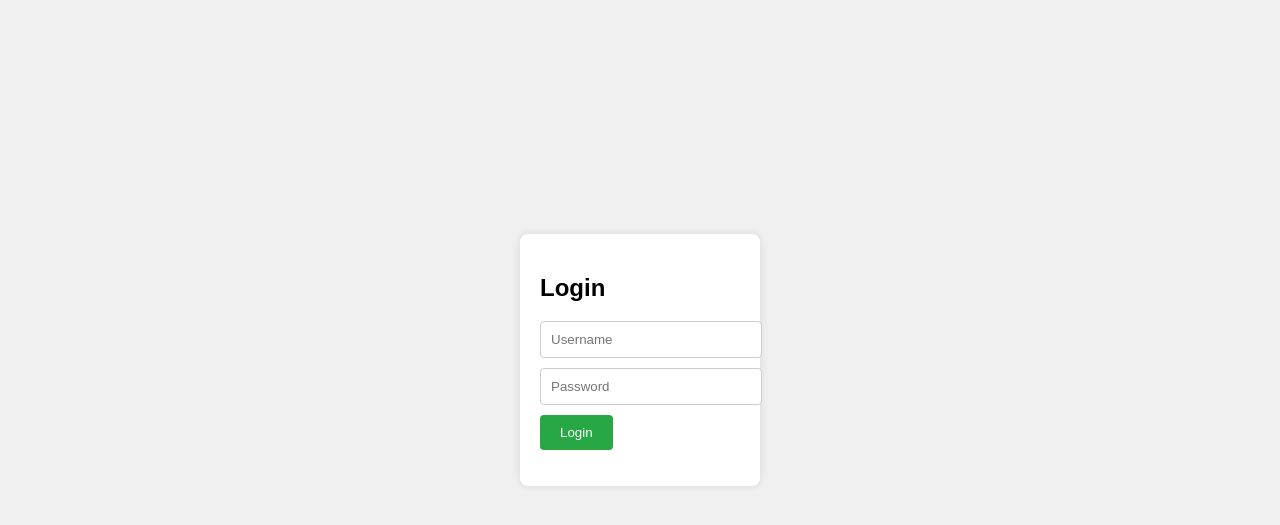
Repository: Anadi-Chauhan/Mentorship-binarybuddy
Page: login.html
The author's editor kept a copy of each file at every save. The page is drawn from the files as they stood at one save, then again after the next save.
The browser window is 1280 px wide. The pictures show the whole page.

Above is the page before, as saved 2024-10-19 10:11:40.

### login.html
<!DOCTYPE html>
<html lang="en">
<head>
    <meta charset="UTF-8">
    <meta name="viewport" content="width=device-width, initial-scale=1.0">
    <title>Login Example</title>
    <link rel="stylesheet" href="login.css">
</head>
<body>
    <div class="container">
        <div id="login-form">
            <h2>Login</h2>
            <input type="text" id="username" placeholder="Username" required>
            <input type="password" id="password" placeholder="Password" required>
            <button onclick="login()">Login</button>
            <p id="login-error"></p>
        </div>

        <div id="welcome-section" style="display: none;">
            <h2>Welcome, <span id="user-name"></span>!</h2>
            <button onclick="logout()">Logout</button>
        </div>
    </div>

    <script src="login.js"></script>
</body>
</html>

### login.css
body {
    font-family: Arial, sans-serif;
    display: flex;
    justify-content: center;
    align-items: center;
    height: 100vh;
    background-color: #f0f0f0;
    margin: 0;
}

.container {
    background-color: white;
    width: 200px;
    padding: 20px;
    border-radius: 8px;
    box-shadow: 0 0 10px rgba(0, 0, 0, 0.1);
}

input {
    display: block;
    margin: 10px 0;
    padding: 10px;
    width: 100%;
    border: 1px solid #ccc;
    border-radius: 4px;
}

button {
    padding: 10px 20px;
    background-color: #28a745;
    color: white;
    border: none;
    border-radius: 4px;
    cursor: pointer;
}

button:hover {
    background-color: #218838;
}

#error {
    color: red;
}

### login.js
// Script to handle login and logout
function login() {
    const username = document.getElementById("username").value;
    const password = document.getElementById("password").value;

    if (username === "admin" && password === "1234") {
        document.getElementById("login-form").style.display = "none";
        document.getElementById("welcome-section").style.display = "block";
        document.getElementById("user-name").textContent = username;
        document.getElementById("login-error").textContent = "";
    } else {
        document.getElementById("login-error").textContent = "Invalid credentials!";
    }
}

function logout() {
    document.getElementById("login-form").style.display = "block";
    document.getElementById("welcome-section").style.display = "none";
    document.getElementById("username").value = "";
    document.getElementById("password").value = "";
}

After the next save:
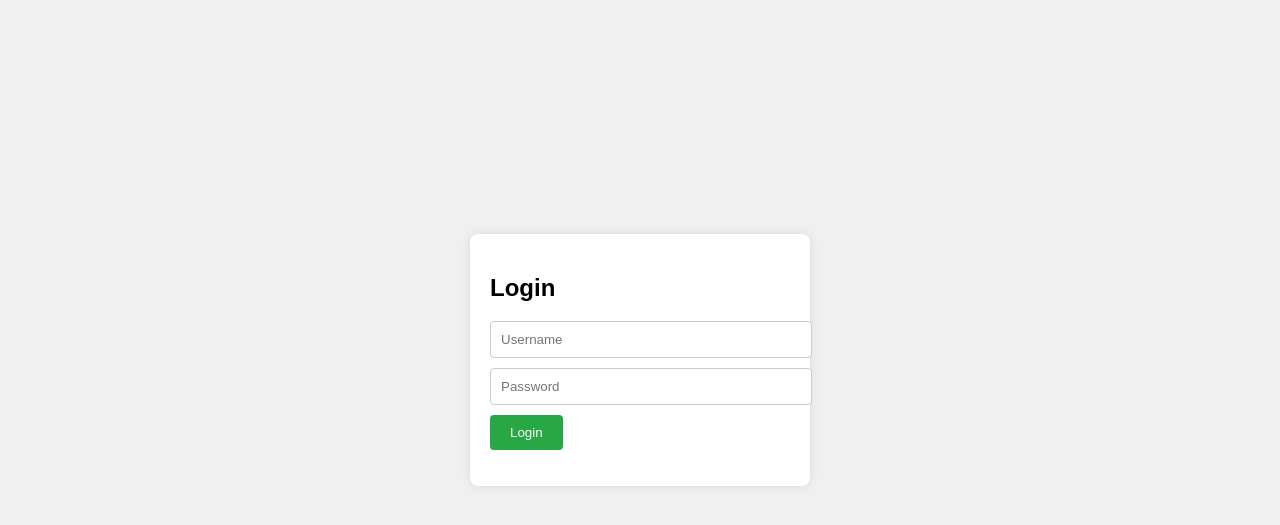
Saved 15 s later.
--- a/login.css
+++ b/login.css
@@ -10,7 +10,7 @@ body {
 
 .container {
     background-color: white;
-    width: 200px;
+    width: 300px;
     padding: 20px;
     border-radius: 8px;
     box-shadow: 0 0 10px rgba(0, 0, 0, 0.1);
